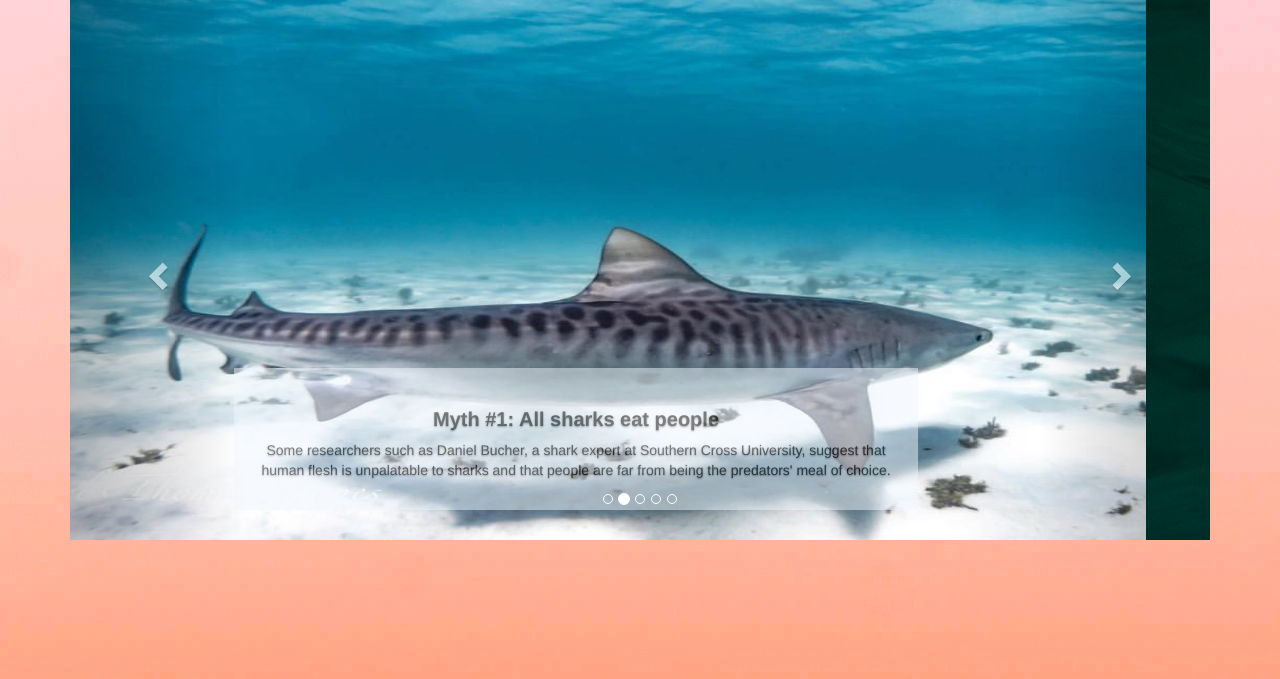
Repository: lacey-crenshaw/carousel
Page: index.html
The author's editor kept a copy of each file at every save. The page is drawn from the files as they stood at one save, then again after the next save.
The browser window is 1280 px wide. The pictures show the whole page.

Above is the page before, as saved 2020-02-16 18:05:14.

After the next save:
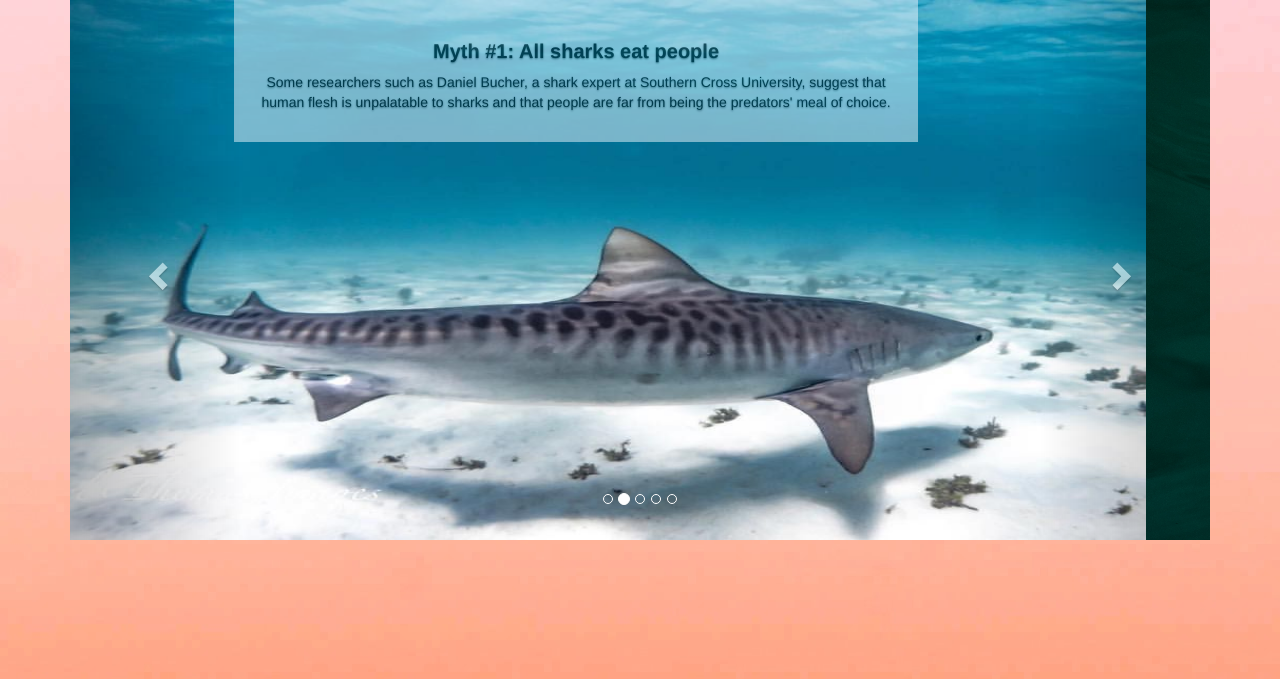
Saved 49 s later.
--- a/images/styles/styles.css
+++ b/images/styles/styles.css
@@ -20,9 +20,11 @@ p {
     height: 75vh;
 }
 
-.carousel-caption{
+.carousel-caption {
     background-color: aliceblue;
     padding: 20px;
     margin-bottom: 10px;
     opacity: 50%;
+    top: 0;
+    bottom: auto;
 }
